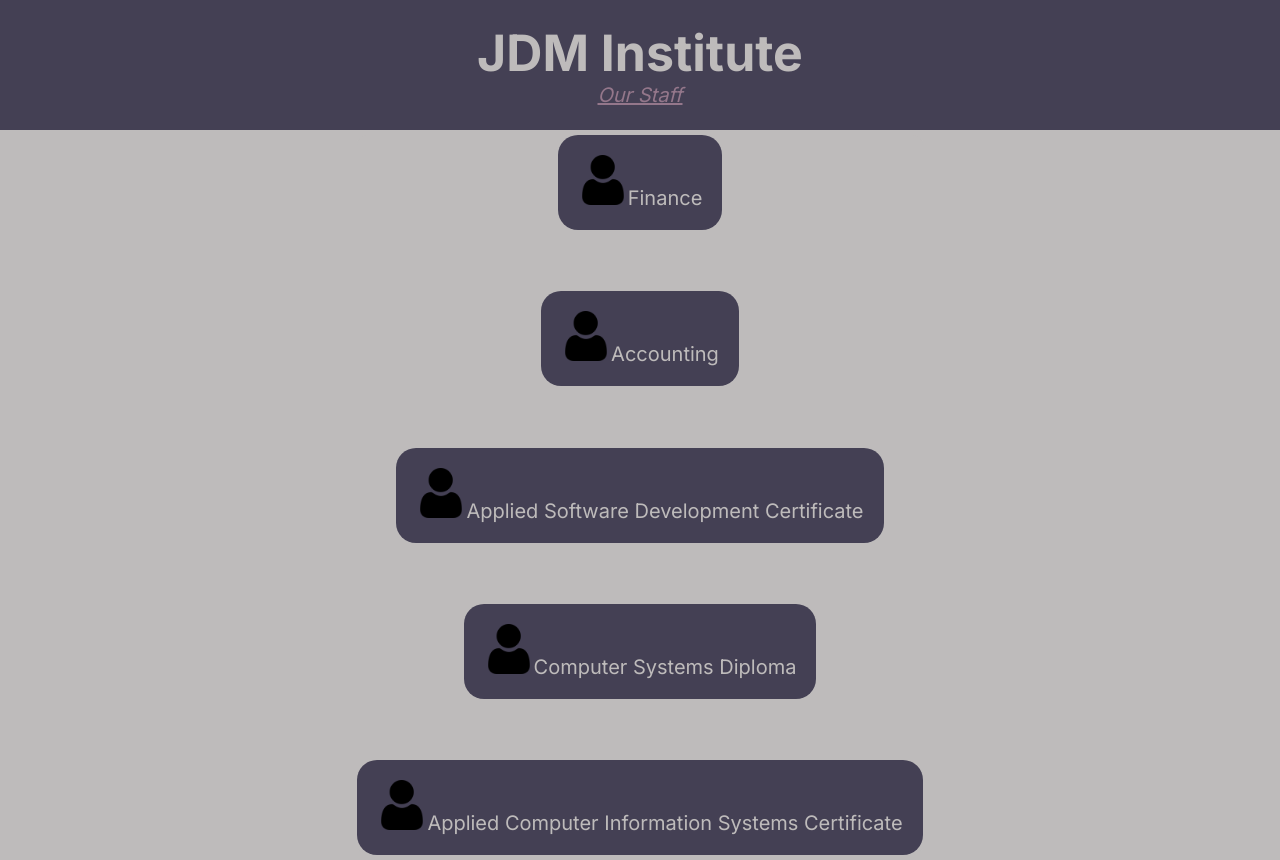
Repository: jennydmcm/class03practice
Page: /
An editor plug-in stored every save of this project. The page is shown before and after the next save, followed by the edit.
The browser window is 1280 px wide. The pictures show the whole page.
The project was rebuilt for these pictures with package versions that can differ from the ones it lists, and the page was loaded fresh each time. The framework's server and built-in components were replaced by stand-ins that run in the browser. Also part of the build but not shown: next.config.js.

Above is the page before, as saved 2023-01-25 12:35:21.

### pages/index.js
import Head from 'next/head'
import Image from 'next/image'
import { Inter } from '@next/font/google'
import styles from '@/styles/Home.module.css'
import data from '../data/education.json'
import { useState } from 'react'
import Card from '@/components/Card/index'
import Link from 'next/link'


const inter = Inter({ subsets: ['latin'] })

export default function Home() {
  const [information, setInformation] = useState([...data])

  return (
    <>
      <Head>
        <title>JDM Institute</title>
        <meta name="description" content="Generated by create next app" />
        <meta name="viewport" content="width=device-width, initial-scale=1" />
        <link rel="icon" href="/favicon.ico" />
      </Head>
      <main className={styles.main}>
        <div className={styles.navbar}>
          <div className={styles.navtitle}>JDM Institute</div>
          <div className={styles.navbutton}>
            <Link className={styles.link} href="about">Our Staff</Link>
          </div>
        </div>

      <div className={styles.cards}>
        {
          information && information.map((info, index) => {
            if(info.department.toLowerCase() === "business"){
              return (
                <Card
                  key={index}
                  degree={info.degree}
                  gpa={info.gpa}
                  colourCard="#FAC9B8"
                  colourInfo="#3FAC9B8"
                  font="50px"
                  fontColour="#132A13"

                />
              )
            }
          })
        }

        {
          information && information.map((info, index) => {
            if(info.department.toLowerCase() === "computing"){
              return (
                <Card
                  key={index}
                  degree={info.degree}
                  gpa={info.gpa}
                  colourCard="#FAC9B8"
                  colourInfo="#FAC9B8"
                  font="50px"
                  fontColour="#132A13"

                />
              )
            }
          })
        }
        </div>
      </main>
    </>
  )
      }

### styles/Home.module.css
.main {
  display: flex;
  flex-direction: column;
  justify-content: space-between;
  align-items: center;
  background-color: #BEBBBB;
}



.navbar{
  display: flex;
  flex-direction: column;
  width: 100%;
  height: 130px;
  background-color: #444054;
  justify-content: center;
  align-items: center;

}

.navtitle{
  font-size: 50px;
  font-weight: bold;
  font-family: 'Inter';
  color: #BEBBBB;
}
.link{
  font-size: 20px;
  font-family: 'Inter';
  color: #94778B;
  font-style: italic;
  text-decoration: underline;
}
.cards{
  display: flex;
  flex-direction: column;
  align-items: center;
  margin: 5px;
  gap: 20px;
  min-height: 100vh;
  background-color: #BEBBBB;
  justify-content: space-between;
  font-family: 'Inter';
  border-radius: 10px;
  color: #BEBBBB;
}


.description {
  display: inherit;
  justify-content: inherit;
  align-items: inherit;
  font-size: 1rem;
  max-width: var(--max-width);
  width: 100%;
  z-index: 2;
  font-family: var(--font-mono);
}

.description a {
  display: flex;
  justify-content: center;
  align-items: center;
  gap: 1rem;
}

.description p {
  position: relative;
  margin: 0;
  padding: 1rem;
  background-color: rgba(var(--callout-rgb), 0.5);
  border: 1px solid rgba(var(--callout-border-rgb), 0.3);
  border-radius: var(--border-radius);
}

.code {
  font-weight: 700;
  font-family: var(--font-mono);
}

.grid {
  display: grid;
  grid-template-columns: repeat(4, minmax(25%, auto));
  width: var(--max-width);
  max-width: 100%;
}

.card {
  padding: 1rem 1.2rem;
  border-radius: var(--border-radius);
  background: rgba(var(--card-rgb), 0);
  border: 1px solid rgba(var(--card-border-rgb), 0);
  transition: background 200ms, border 200ms;
}

.card span {
  display: inline-block;
  transition: transform 200ms;
}

.card h2 {
  font-weight: 600;
  margin-bottom: 0.7rem;
}

.card p {
  margin: 0;
  opacity: 0.6;
  font-size: 0.9rem;
  line-height: 1.5;
  max-width: 30ch;
}

.center {
  display: flex;
  justify-content: center;
  align-items: center;
  position: relative;
  padding: 4rem 0;
}

.center::before {
  background: var(--secondary-glow);
  border-radius: 50%;
  width: 480px;
  height: 360px;
  margin-left: -400px;
}

.center::after {
  background: var(--primary-glow);
  width: 240px;
  height: 180px;
  z-index: -1;
}

.center::before,
.center::after {
  content: '';
  left: 50%;
  position: absolute;
  filter: blur(45px);
  transform: translateZ(0);
}

.logo,
.thirteen {
  position: relative;
}

.thirteen {
  display: flex;
  justify-content: center;
  align-items: center;
  width: 75px;
  height: 75px;
  padding: 25px 10px;
  margin-left: 16px;
  transform: translateZ(0);
  border-radius: var(--border-radius);
  overflow: hidden;
  box-shadow: 0px 2px 8px -1px #0000001a;
}

.thirteen::before,
.thirteen::after {
  content: '';
  position: absolute;
  z-index: -1;
}

/* Conic Gradient Animation */
.thirteen::before {
  animation: 6s rotate linear infinite;
  width: 200%;
  height: 200%;
  background: var(--tile-border);
}

/* Inner Square */
.thirteen::after {
  inset: 0;
  padding: 1px;
  border-radius: var(--border-radius);
  background: linear-gradient(
    to bottom right,
    rgba(var(--tile-start-rgb), 1),
    rgba(var(--tile-end-rgb), 1)
  );
  background-clip: content-box;
}

/* Enable hover only on non-touch devices */
@media (hover: hover) and (pointer: fine) {
  .card:hover {
    background: rgba(var(--card-rgb), 0.1);
    border: 1px solid rgba(var(--card-border-rgb), 0.15);
  }

  .card:hover span {
    transform: translateX(4px);
  }
}

@media (prefers-reduced-motion) {
  .thirteen::before {
    animation: none;
  }

  .card:hover span {
    transform: none;
  }
}

/* Mobile */
@media (max-width: 700px) {
  .content {
    padding: 4rem;
  }

  .grid {
    grid-template-columns: 1fr;
    margin-bottom: 120px;
    max-width: 320px;
    text-align: center;
  }

  .card {
    padding: 1rem 2.5rem;
  }

  .card h2 {
    margin-bottom: 0.5rem;
  }

  .center {
    padding: 8rem 0 6rem;
  }

  .center::before {
    transform: none;
    height: 300px;
  }

  .description {
    font-size: 0.8rem;
  }

  .description a {
    padding: 1rem;
  }

  .description p,
  .description div {
    display: flex;
    justify-content: center;
    position: fixed;
    width: 100%;
  }

  .description p {
    align-items: center;
    inset: 0 0 auto;
    padding: 2rem 1rem 1.4rem;
    border-radius: 0;
    border: none;
    border-bottom: 1px solid rgba(var(--callout-border-rgb), 0.25);
    background: linear-gradient(
      to bottom,
      rgba(var(--background-start-rgb), 1),
      rgba(var(--callout-rgb), 0.5)
    );
    background-clip: padding-box;
    backdrop-filter: blur(24px);
  }

  .description div {
    align-items: flex-end;
    pointer-events: none;
    inset: auto 0 0;
    padding: 2rem;
    height: 200px;
    background: linear-gradient(
      to bottom,
      transparent 0%,
      rgb(var(--background-end-rgb)) 40%
    );
    z-index: 1;
  }
}

/* Tablet and Smaller Desktop */
@media (min-width: 701px) and (max-width: 1120px) {
  .grid {
    grid-template-columns: repeat(2, 50%);
  }
}

@media (prefers-color-scheme: dark) {
  .vercelLogo {
    filter: invert(1);
  }

  .logo,
  .thirteen img {
    filter: invert(1) drop-shadow(0 0 0.3rem #ffffff70);
  }
}

@keyframes rotate {
  from {
    transform: rotate(360deg);
  }
  to {
    transform: rotate(0deg);
  }
}

### data/education.json
[
        {
            "studentNumber": "A0004567",
            "firstName": "Person 1",
            "gpa": 3.8,
            "department": "Business",
            "degree": "Finance",
            "graduated": 2014
        },
        {
            "studentNumber": "A0001234",
            "firstName": "Person 2",
            "gpa": 3.5,
            "department": "Business",
            "degree": "Accounting",
            "graduated": 2010
        },
        {
            "studentNumber": "A0007890",
            "firstName": "Person 3",
            "gpa": 3.2,
            "department": "Computing",
            "degree": "Applied Software Development Certificate",
            "graduated": 2018
        },
        {
            "studentNumber": "A0007828",
            "firstName": "Person 4",
            "gpa": 3.9,
            "department": "Computing",
            "degree": "Computer Systems Diploma",
            "graduted": 2021
        },
        {
            "studentNumber": "A0003425",
            "firstName": "Person 5",
            "gpa": 3.2,
            "department": "Computing",
            "degree": "Applied Computer Information Systems Certificate",
            "graduated": 2021
        }
]

### components/Card/index.js
export default function Card({
    degree="none",
    colour="#444054",
    font="0",
    image="icon/personTwo.png",

}) {
    return(
        <div style={{
            backgroundColor: colour,
            fontSize:"20px",
            padding:"20px",
            borderRadius:"20px"




            }}>
            {
                colour === "#94778B" ?    <img src={'icon/person.png'} width='50'/> :
                colour === "#94778B" ?   <img src={'icon/personThree.png'} width='50'/> :
                                    <img src={image} width='50'/>
            }
            {degree}
        </div>
    )
}

Loaded but not shown: pages/_app.js (common file); pages/_document.js (common file); styles/globals.css (common file)

After the next save:
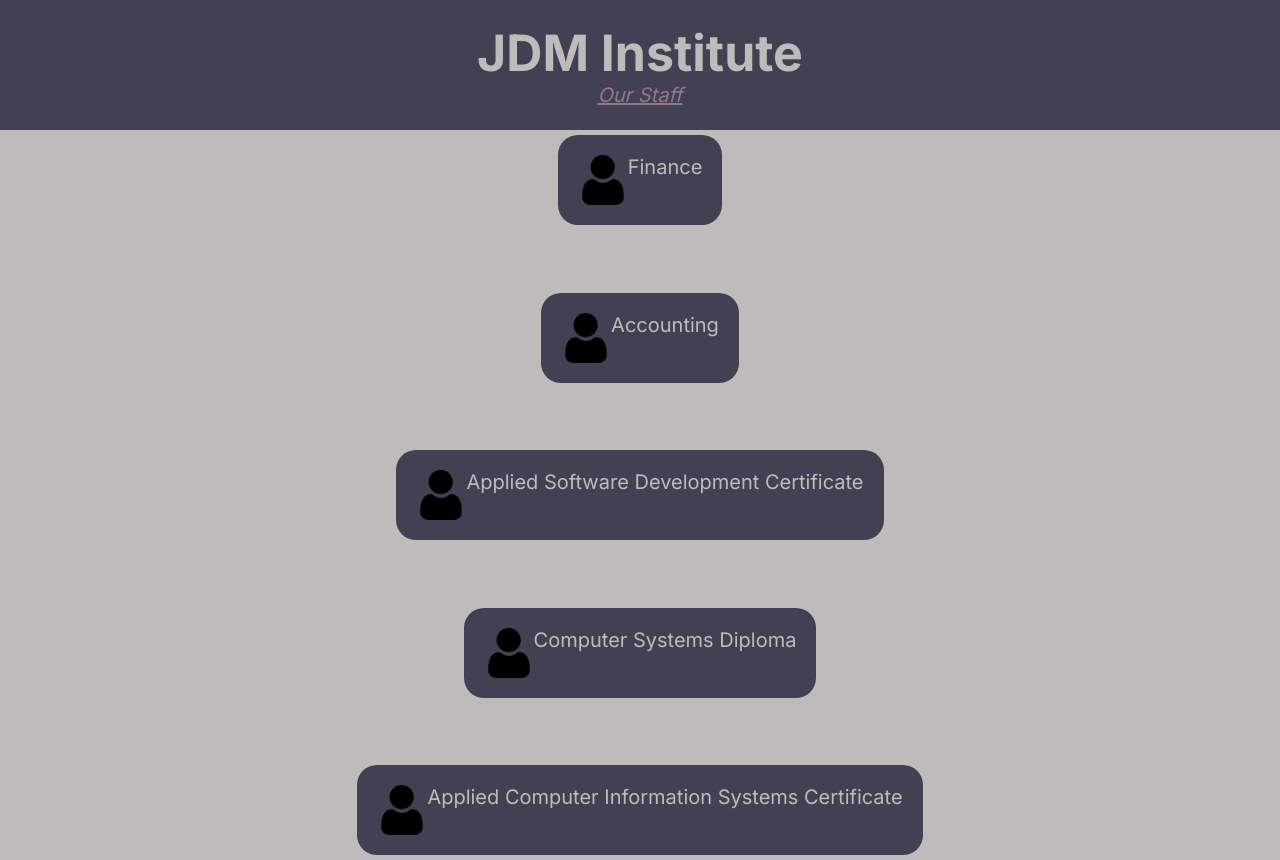
Saved 21 s later.
--- a/components/Card/index.js
+++ b/components/Card/index.js
@@ -10,7 +10,9 @@ export default function Card({
             backgroundColor: colour,
             fontSize:"20px",
             padding:"20px",
-            borderRadius:"20px"
+            borderRadius:"20px",
+            display:"flex",
+            flexDirection:"row"
 
 
 
